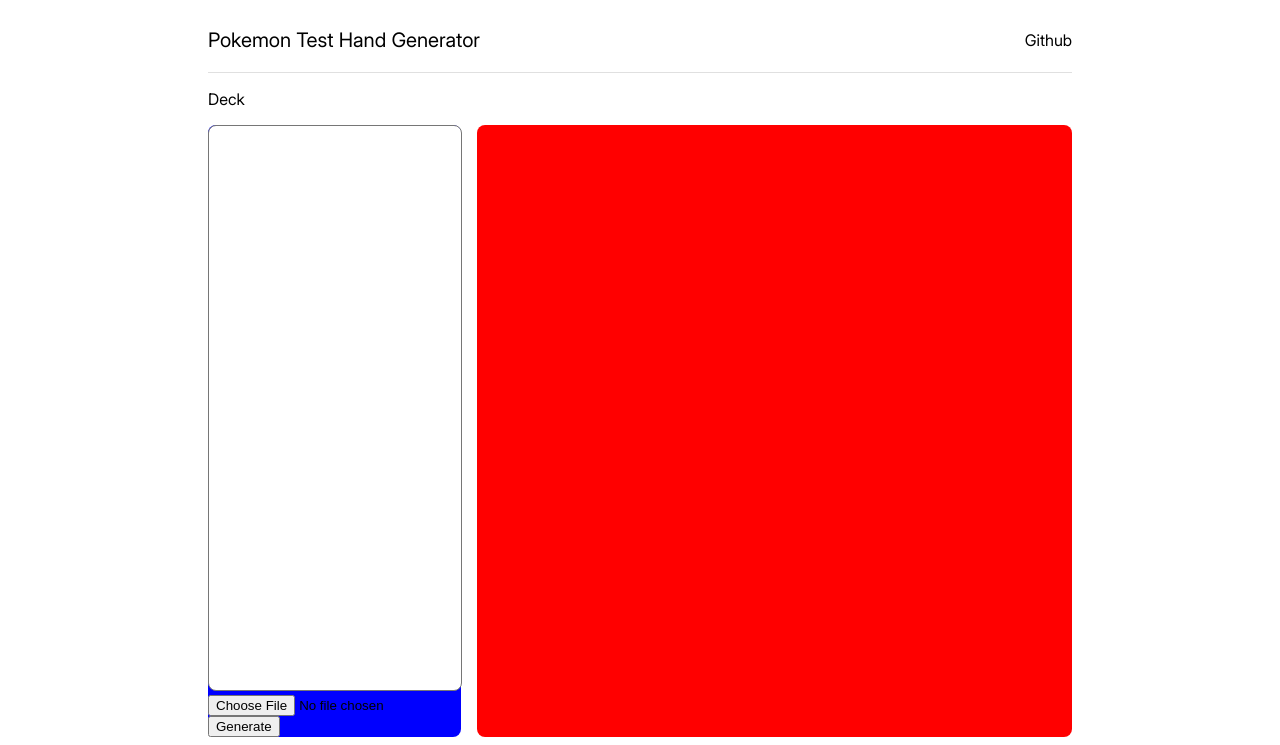
Repository: danielj1415/test-hand-simulator
Page: /
An editor plug-in stored every save of this project. The page is shown before and after the next save, followed by the edit.
The browser window is 1280 px wide. The pictures show the whole page.
The project was rebuilt for these pictures with package versions that can differ from the ones it lists, and the page was loaded fresh each time. Also part of the build but not shown: vite.config.ts, src/index.css.

Above is the page before, as saved 2024-10-31 18:00:47.

After the next save:
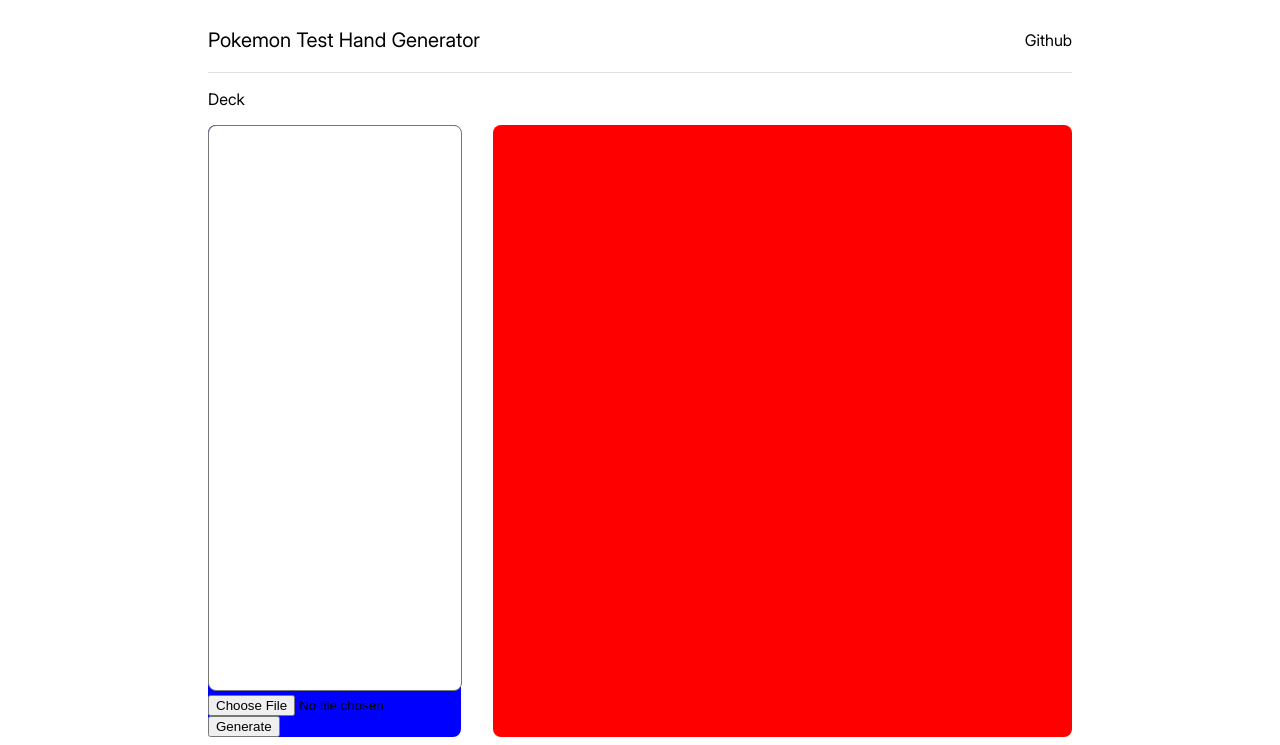
Saved 8 s later.
--- a/src/App.css
+++ b/src/App.css
@@ -48,7 +48,7 @@
   width: 100%;
   border-radius: 8px;
   background-color: red;
-  margin-left: 16px;
+  margin-left: 32px;
 }
 
 .deckInputDiv{
